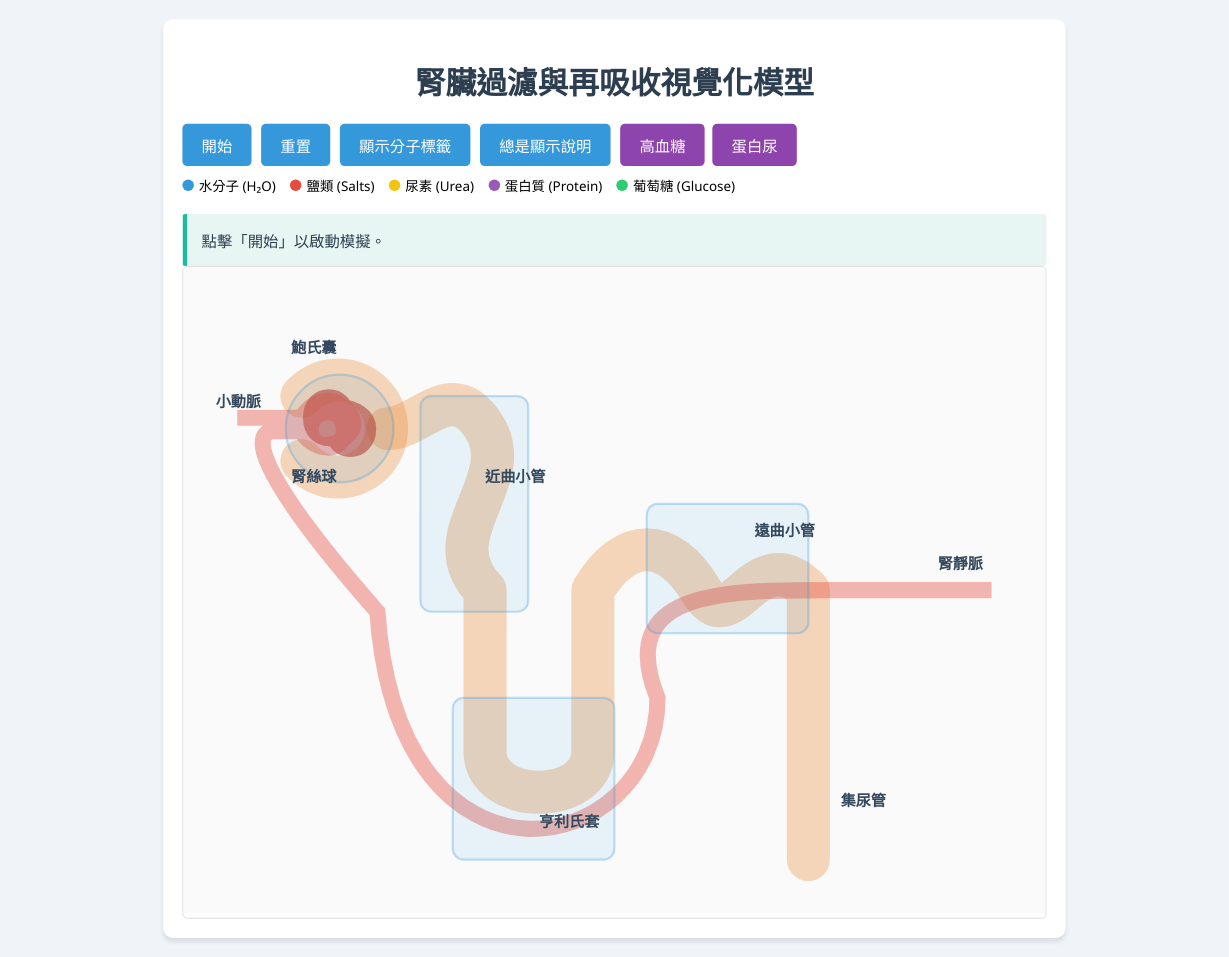
Repository: sohinrick-spec/hinhinsimulation
Page: bio sim E1 Ch1 Osmoregulation reabsorption.html
The author's editor kept a copy of each file at every save. The page is drawn from the files as they stood at one save, then again after the next save.
The browser window is 1280 px wide. The pictures show the whole page, at 96% of full size.

Above is the page before, as saved 2026-06-22 11:03:10.

After the next save:
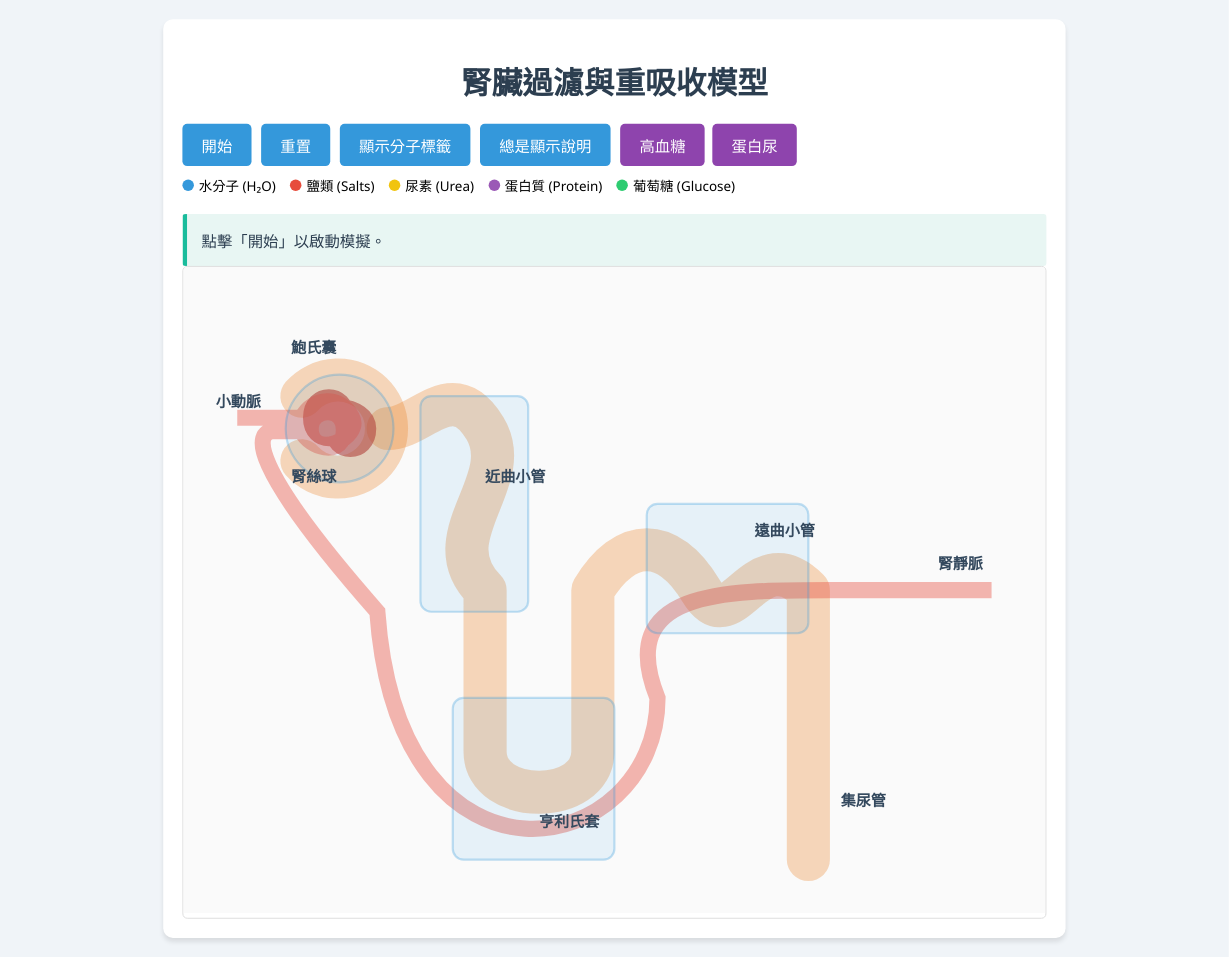
Saved 3 min 21 s later.
--- a/bio sim E1 Ch1 Osmoregulation reabsorption.html
+++ b/bio sim E1 Ch1 Osmoregulation reabsorption.html
@@ -230,7 +230,7 @@
 
 <body>
     <div class="container">
-        <h1>腎臟過濾與再吸收視覺化模型</h1>
+        <h1>腎臟過濾與重吸收模型</h1>
         <div class="controls">
             <button id="startBtn">開始</button>
             <button id="resetBtn">重置</button>
